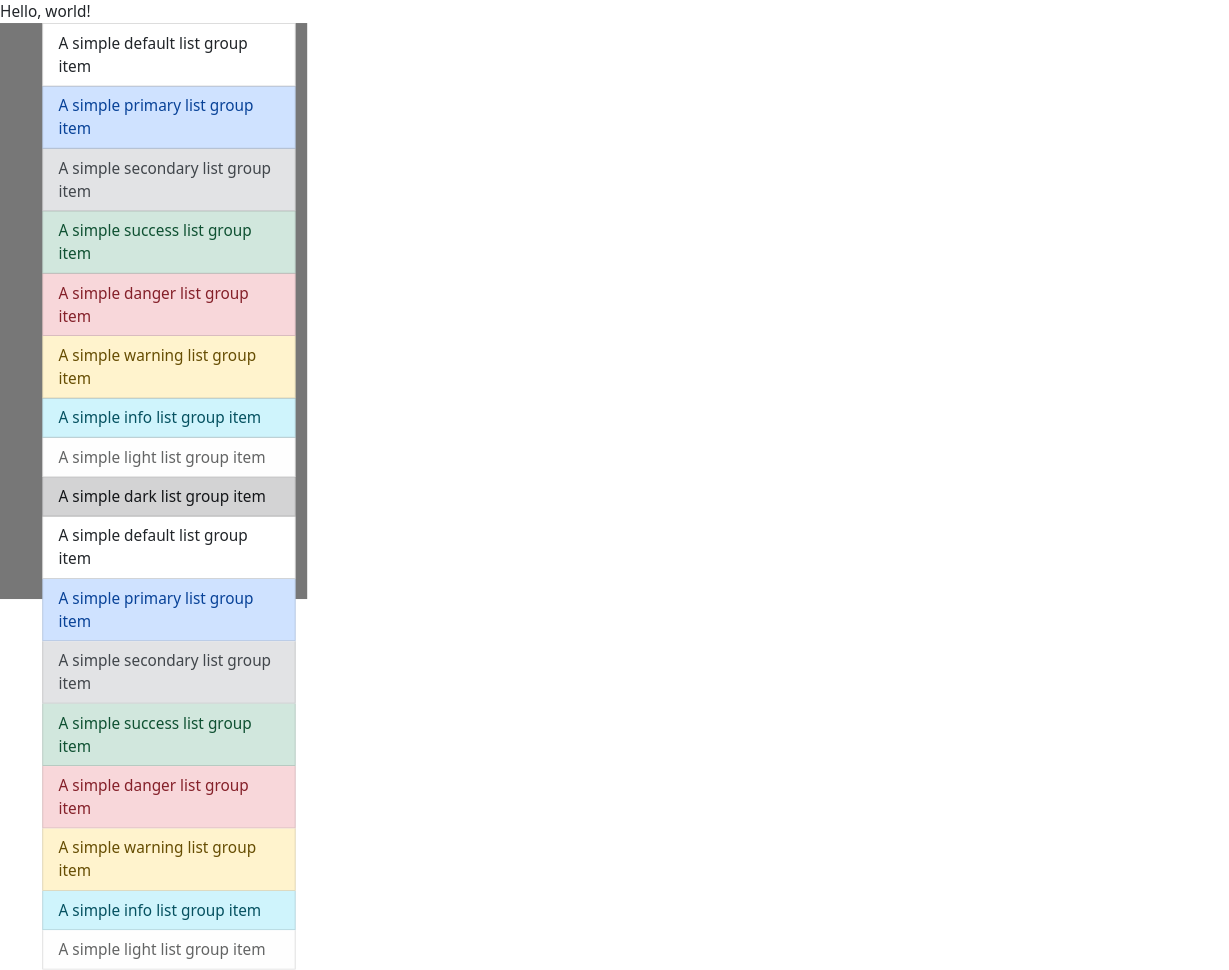
Repository: Dayvid0/BOOTSTRAP-TUTORIALS
Page: BOOTSTRAP-GRID-LAYOUTS/ibmexample.html
An editor plug-in stored every save of this project. The page is shown before and after the next save, followed by the edit.
The browser window is 1280 px wide. The pictures show the whole page, at 96% of full size.

Above is the page before, as saved 2025-01-24 16:46:24.

After the next save:
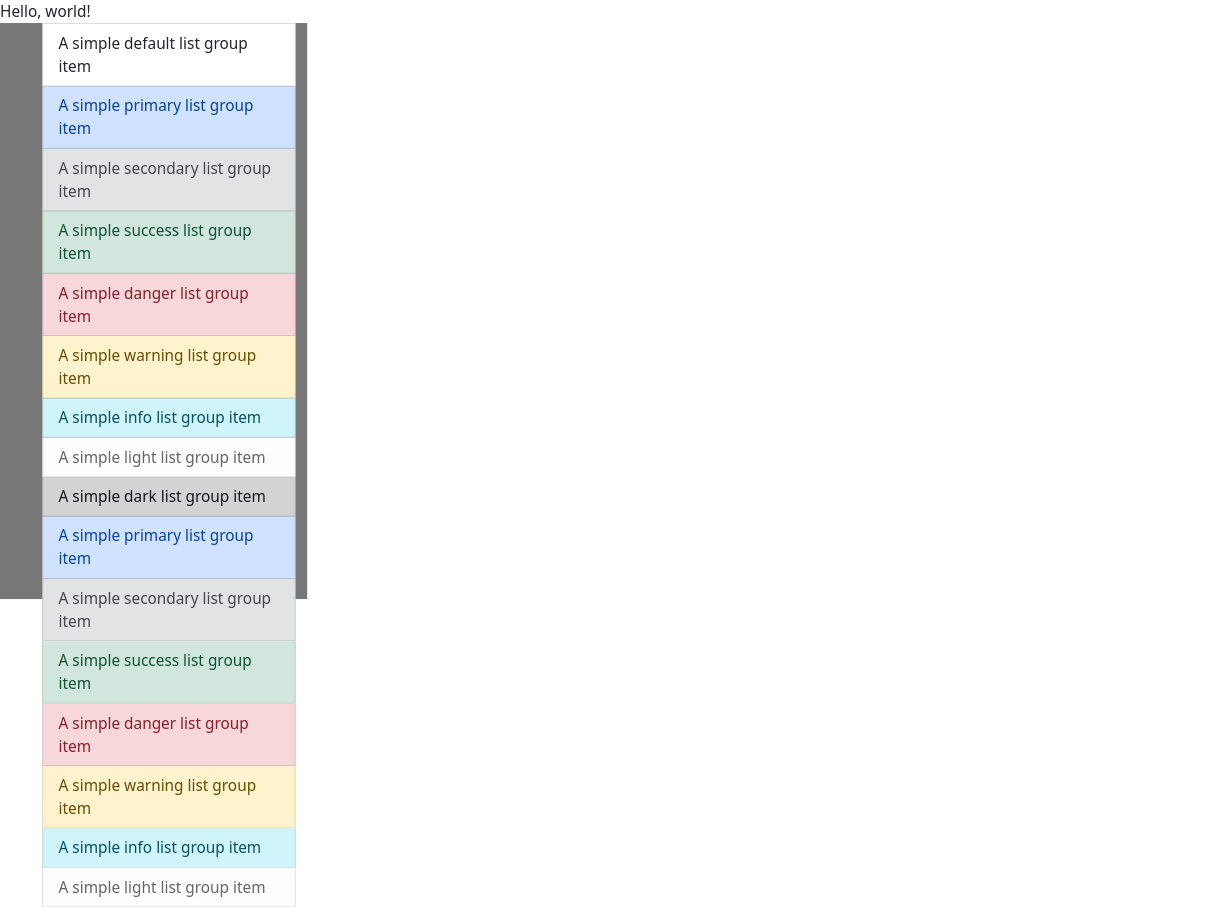
Saved 32 s later.
--- a/BOOTSTRAP-GRID-LAYOUTS/ibmexample.html
+++ b/BOOTSTRAP-GRID-LAYOUTS/ibmexample.html
@@ -23,7 +23,6 @@
             <li class="list-group-item list-group-item-info">A simple info list group item</li>
             <li class="list-group-item list-group-item-light">A simple light list group item</li>
             <li class="list-group-item list-group-item-dark">A simple dark list group item</li>
-            <li class="list-group-item">A simple default list group item</li>
             <li class="list-group-item list-group-item-primary">A simple primary list group item</li>
             <li class="list-group-item list-group-item-secondary">A simple secondary list group item</li>
             <li class="list-group-item list-group-item-success">A simple success list group item</li>
